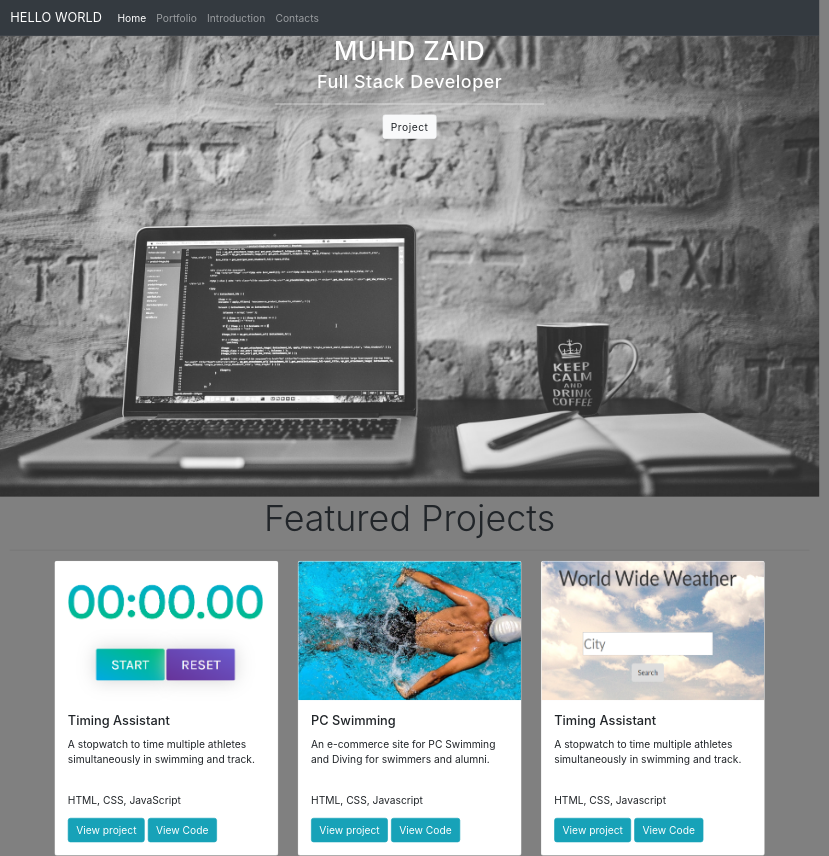
Repository: Code-Institute-Submissions/Zaidcoll-Project1
Page: index.html
The author's editor kept a record of every edit. The page is drawn from the files as they stood at one moment, then again after the next edit.
The browser window is 1280 px wide. The page is 1295 px wide, so the pictures cover 1295 px, including what lies to the right of the window. The pictures show the whole page, at 64% of full size.

Above is the page before.

After the next edit:
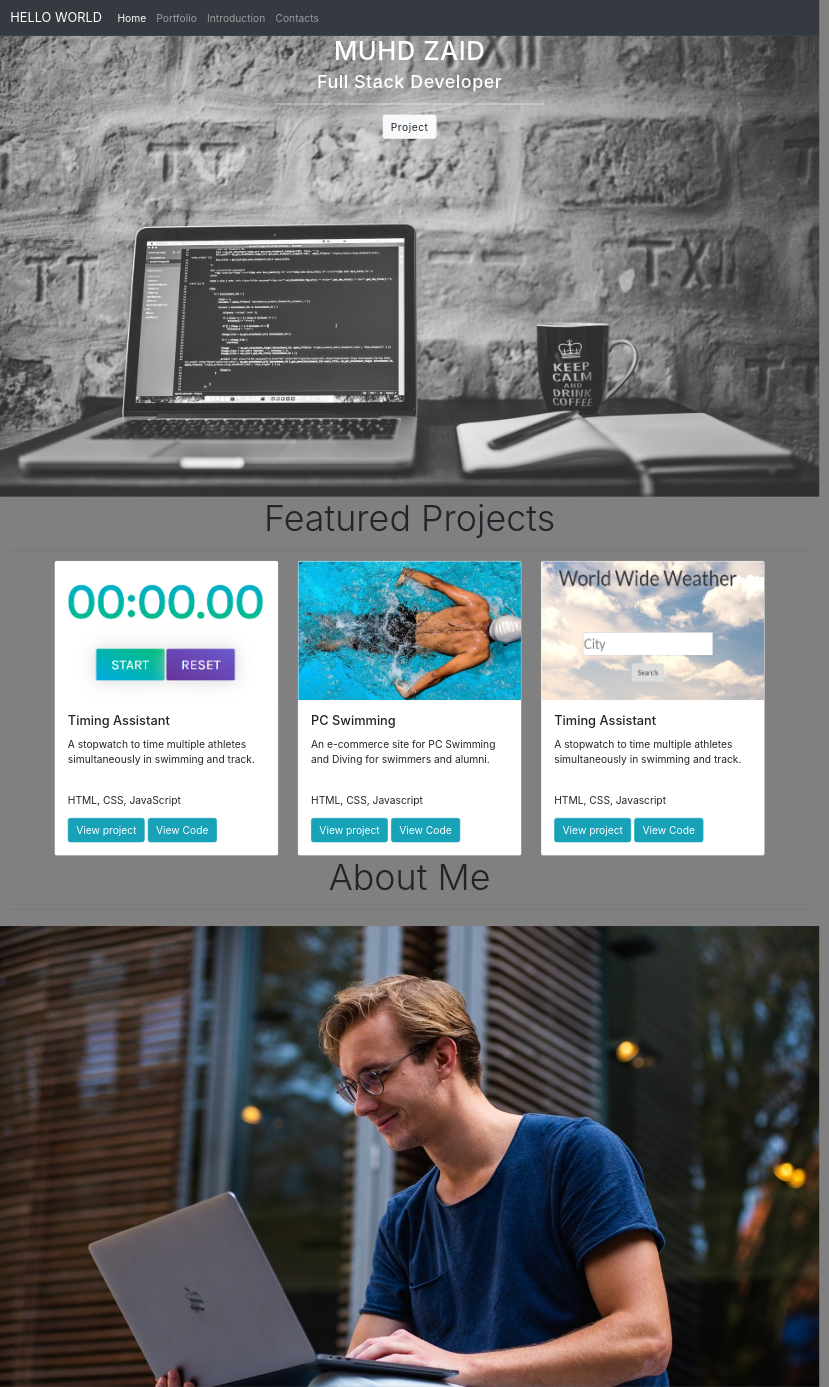
The edit:
--- a/index.html
+++ b/index.html
@@ -97,6 +97,21 @@
     </div>
   </div>
 
+   <div class = 'container-fluid'>
+    <div class = 'row text-center'>
+      <div class = 'col-12'>
+        <a name='about'>
+        <h1 class = 'display-4 title-style about'>About Me</h1>
+        <hr>
+      </div>
+    </div>
+  </div>
+
+   <div class = 'container-fullwidth'>
+    <div class = 'hero-2'>
+    </div>
+  </div>
+
 
     <script src="https://code.jquery.com/jquery-3.3.1.slim.min.js" integrity="sha384-q8i/X+965DzO0rT7abK41JStQIAqVgRVzpbzo5smXKp4YfRvH+8abtTE1Pi6jizo" crossorigin="anonymous"></script>
     <script src="https://cdnjs.cloudflare.com/ajax/libs/popper.js/1.14.7/umd/popper.min.js" integrity="sha384-UO2eT0CpHqdSJQ6hJty5KVphtPhzWj9WO1clHTMGa3JDZwrnQq4sF86dIHNDz0W1" crossorigin="anonymous"></script>
